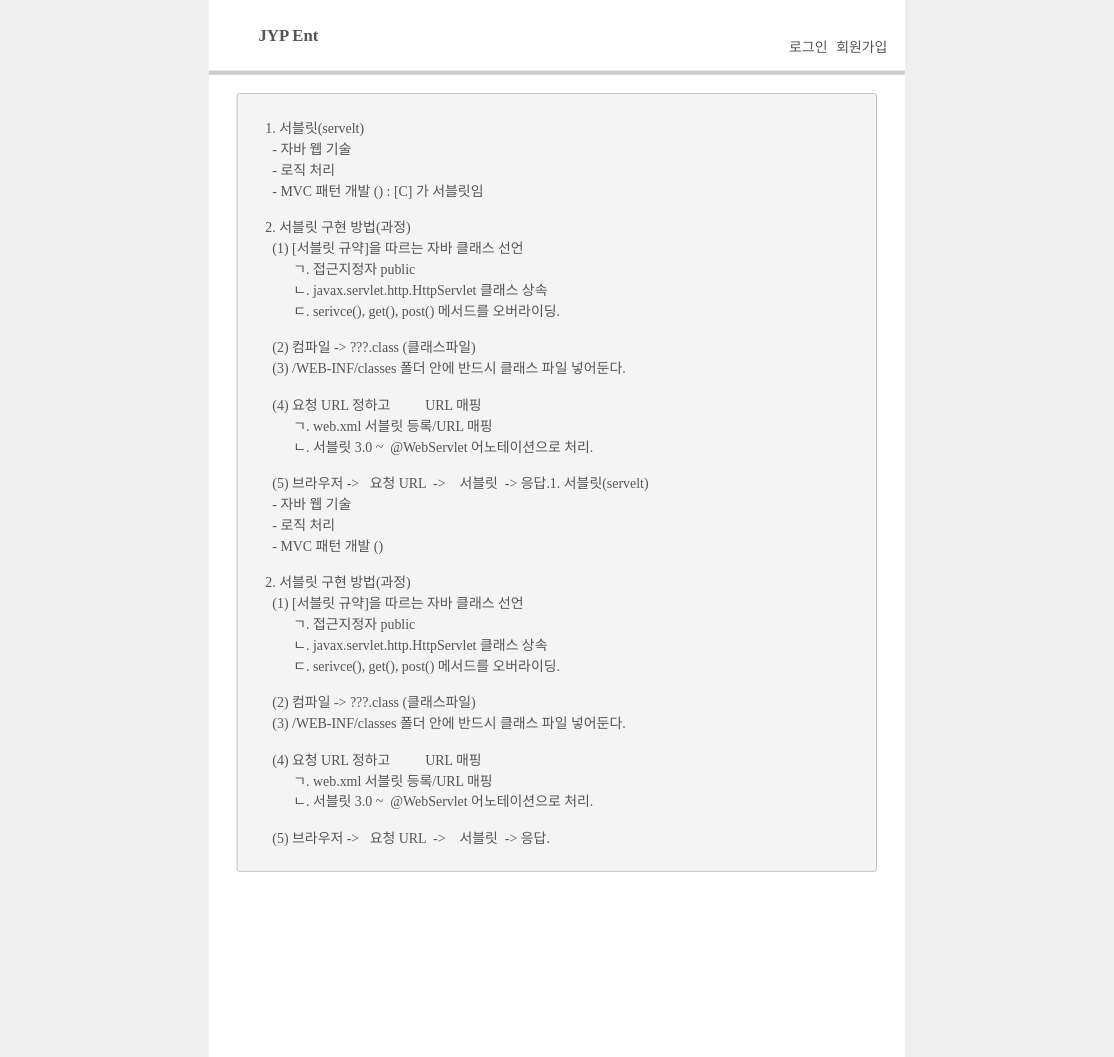
Repository: junyong231/JSP-SSIT
Page: http://localhost/jspPro/days02/ex03.jsp
The author's editor kept a copy of each file at every save. The page is drawn from the files as they stood at one save, then again after the next save.
The browser window is 1280 px wide. The pictures show the whole page, at 87% of full size.
Some web fonts or font styles are not loaded; a fallback is used. The page is served by Tomcat 9.

Above is the page before, as saved 2024-10-16 07:17:33.

After the next save:
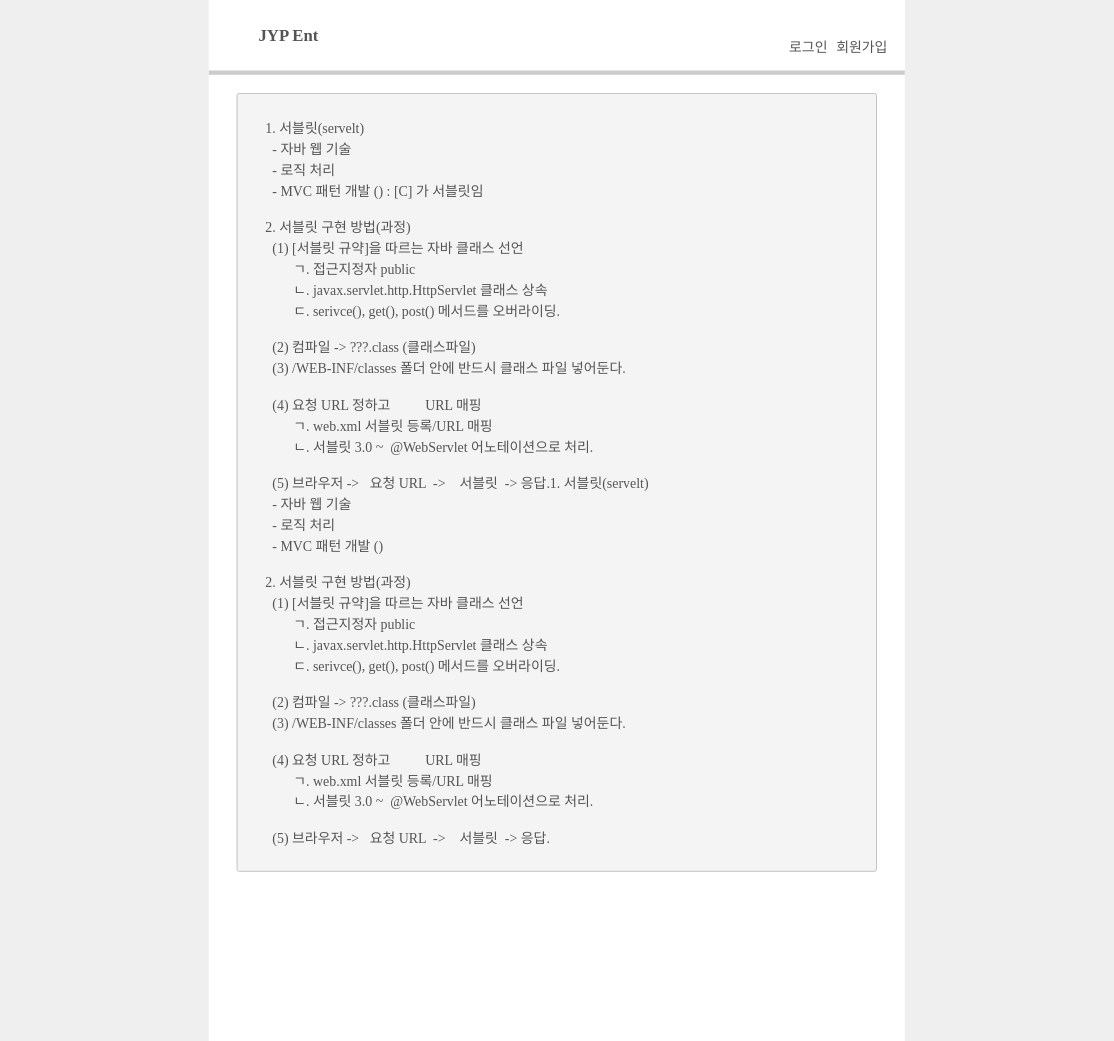
Saved 9 s later.
--- a/jspPro/src/main/webapp/days02/ex03.jsp
+++ b/jspPro/src/main/webapp/days02/ex03.jsp
@@ -67,7 +67,6 @@
   <a href="sample.htm"></a><br />
   <a href="/jspPro/days02/ex01.htm"></a><br />
   <a href="/jspPro/ex01.htm"></a><br />
-  <a href=""></a><br />
 
 </div>
 </body>
